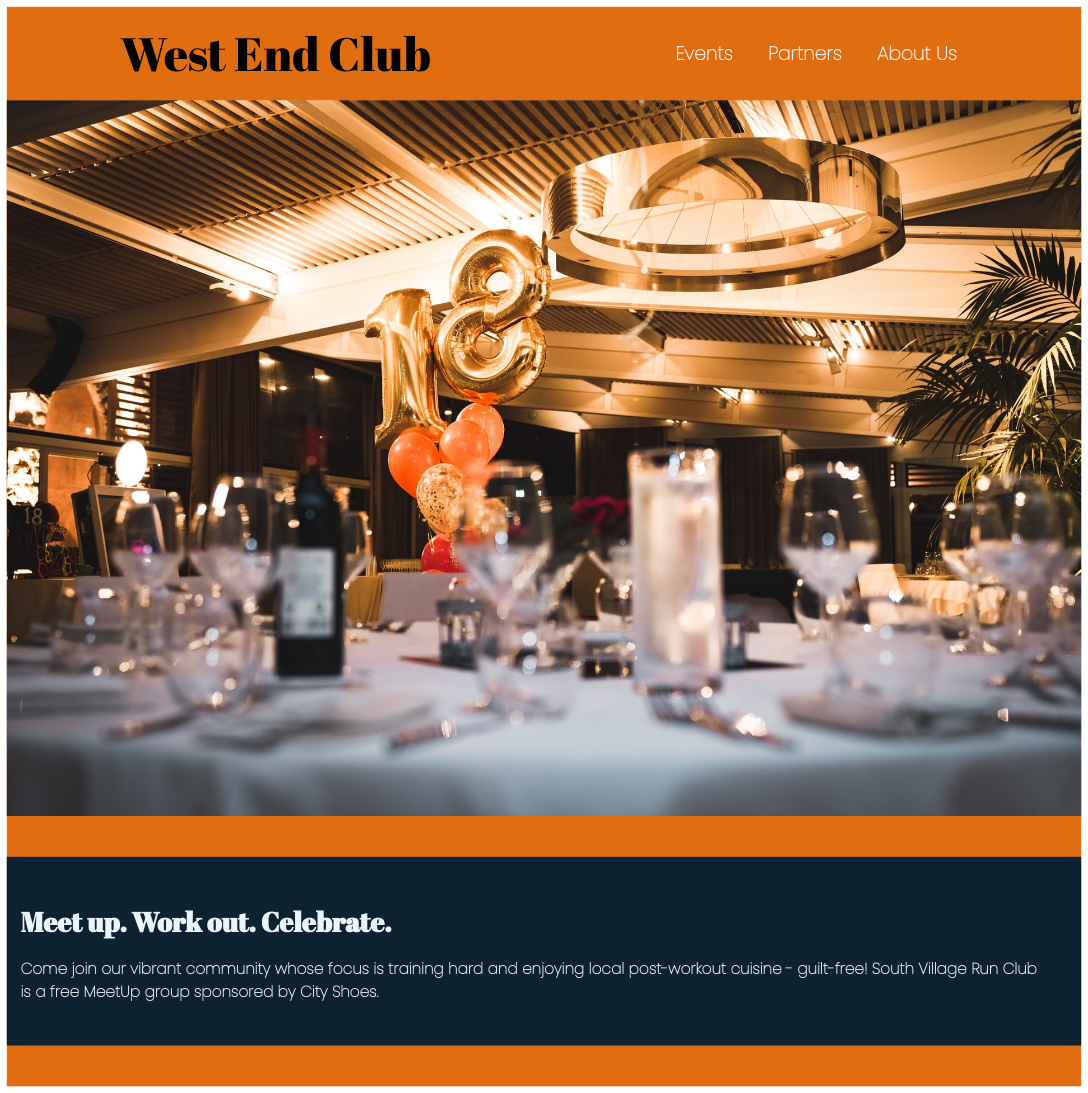
Repository: lastbronx41/lastbronx41.github.io
Page: starting/index.html
The author's editor kept a copy of each file at every save. The page is drawn from the files as they stood at one save, then again after the next save.
The browser window is 1280 px wide. The pictures show the whole page, at 85% of full size.
Some web fonts or font styles are not loaded; a fallback is used.

Above is the page before, as saved 2022-07-19 04:44:59.

### starting/index.html
<!DOCTYPE html>

<html>
   <head>
      <meta charset="utf-8">
      <title>Our Club</title>
      <link rel="stylesheet" href="./styles.css" type="text/css">
      <link rel="preconnect" href="https://fonts.googleapis.com">
      <link rel="preconnect" href="https://fonts.gstatic.com" crossorigin>
      <link href="https://fonts.googleapis.com/css2?family=Abril+Fatface&family=Slabo+13px&family=Space+Mono&display=swap" rel="stylesheet">
      <link rel="preconnect" href="https://fonts.googleapis.com">
      <link rel="preconnect" href="https://fonts.gstatic.com" crossorigin>
      <link href="https://fonts.googleapis.com/css2?family=Abril+Fatface&family=Poppins:wght@100&family=Slabo+13px&family=Space+Mono&display=swap" rel="stylesheet">
   </head>

   <body>

      <div class="header">
         <div id="title">West End Club</div>
         <div>
            <ul class="links">
               <a href>
                  <li class="nav">Events</li>
               </a>
               <a href>
                  <li class="nav">Partners</li>
               </a>
               <a href>
                  <li class="nav">About Us</li>
               </a>
            </ul>
         </div>
      </div>

      <div id="cover-photo">
         <img src="./resources/cover-photo.jpg"/>
         <div class="main-text">
            <h1>Meet up. Work out. Celebrate.</h1>
               <p>Come join our vibrant community whose focus is training hard and enjoying local post-workout cuisine - guilt-free! South Village Run Club is a free MeetUp group sponsored by City Shoes.
               </p>

         </div>
      </div>



   </body>
</html>

### starting/styles.css
.header {
   display: flex;
   justify-content: space-around;
   background-color: #E06D10;
   align-items: center;
   padding: 1rem
}

#title {
   font-size: 55px;
   font-family: 'Abril Fatface', cursive;
}

.links, .links a {
   display: inline-flex;
   flex-wrap: wrap;
   justify-content: flex-end;
   list-style-type: none;
   gap: 1rem;
   text-decoration-line: none;
}

.nav {
   font-size: 22px;
   font-family: 'Poppins', sans-serif;
   font-weight: bolder;
   border-radius: 34%;
   padding: 0.4rem 0.8rem;
   color: #EBF4FA;
}

.nav:hover {
   color: #E06D10;
   background-color: black;
}

#cover-photo {
   display: flex;
   flex-direction: column;
   background-color: #E06D10;
}

#cover-photo img {
   max-width: 100%;
}
.main-text {
   background-color: #0C2231;
   color: #EBF4FA;
   margin: 3rem auto;
   padding: 2rem 3rem 2rem 1rem;
}

.main-text h1 {
   font-family: 'Abril Fatface', cursive;
}

.main-text p {
   font-family: 'Poppins', sans-serif;
   font-size: 18px;
   font-weight: bolder;
}

After the next save:
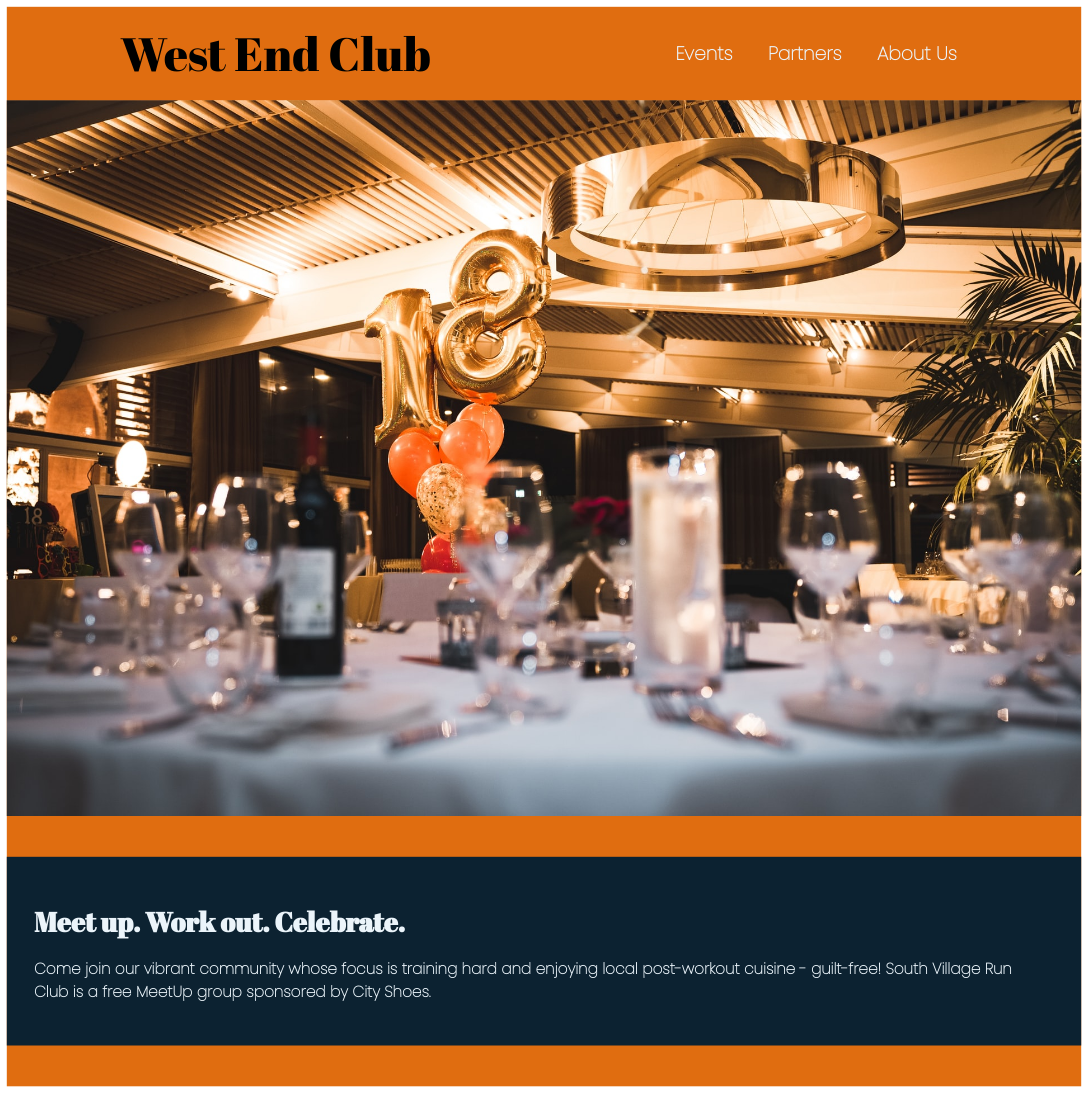
Saved 6 s later.
--- a/starting/styles.css
+++ b/starting/styles.css
@@ -47,7 +47,7 @@
    background-color: #0C2231;
    color: #EBF4FA;
    margin: 3rem auto;
-   padding: 2rem 3rem 2rem 1rem;
+   padding: 2rem 3rem 2rem 2rem;
 }
 
 .main-text h1 {
